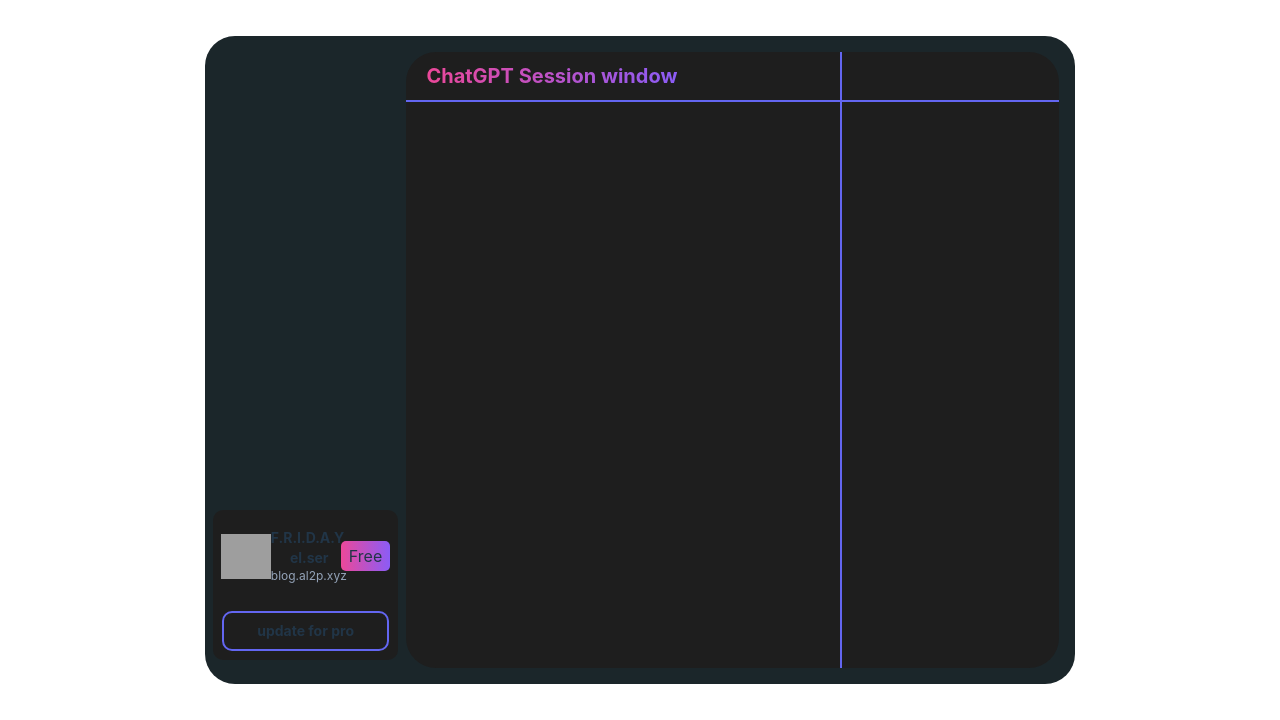
Repository: yezhonghu0503/chatgpt-vue-lac
Page: /
The author's editor kept a copy of each file at every save. The page is drawn from the files as they stood at one save, then again after the next save.
The browser window is 1280 px wide. The pictures show the whole page.
Pictures or frames that could not be fetched are drawn as grey boxes. The project was rebuilt for these pictures with package versions that can differ from the ones it lists, and the page was loaded fresh each time. Also part of the build but not shown: vite.config.ts.

Above is the page before, as saved 2023-05-18 15:57:25.

After the next save:
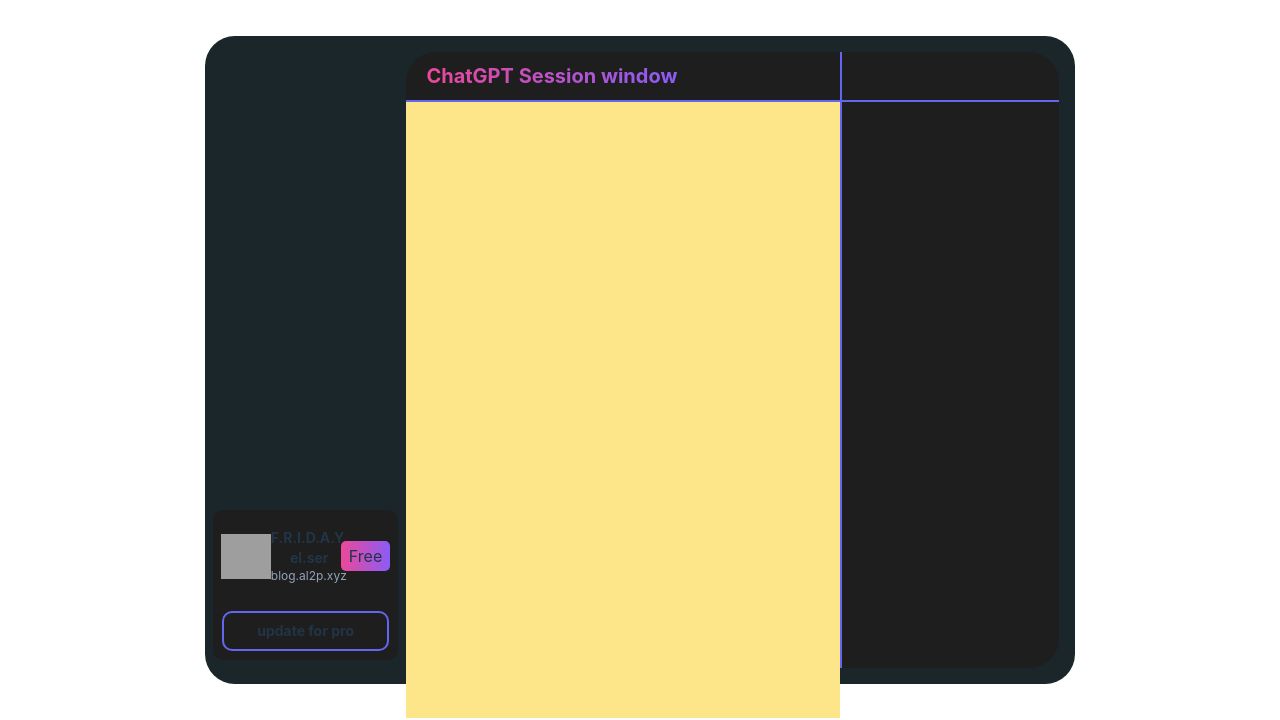
Saved 10 min 24 s later.
--- a/src/components/chat-main/chatMain.vue
+++ b/src/components/chat-main/chatMain.vue
@@ -9,6 +9,7 @@
           >ChatGPT Session window</span
         >
       </div>
+      <div class="w-[100%] h-[100%] bg-amber-200"></div>
     </div>
     <div class="w-[17vw] h-[50px] border-b-2 border-indigo-500"></div>
   </div>

After the save that followed:
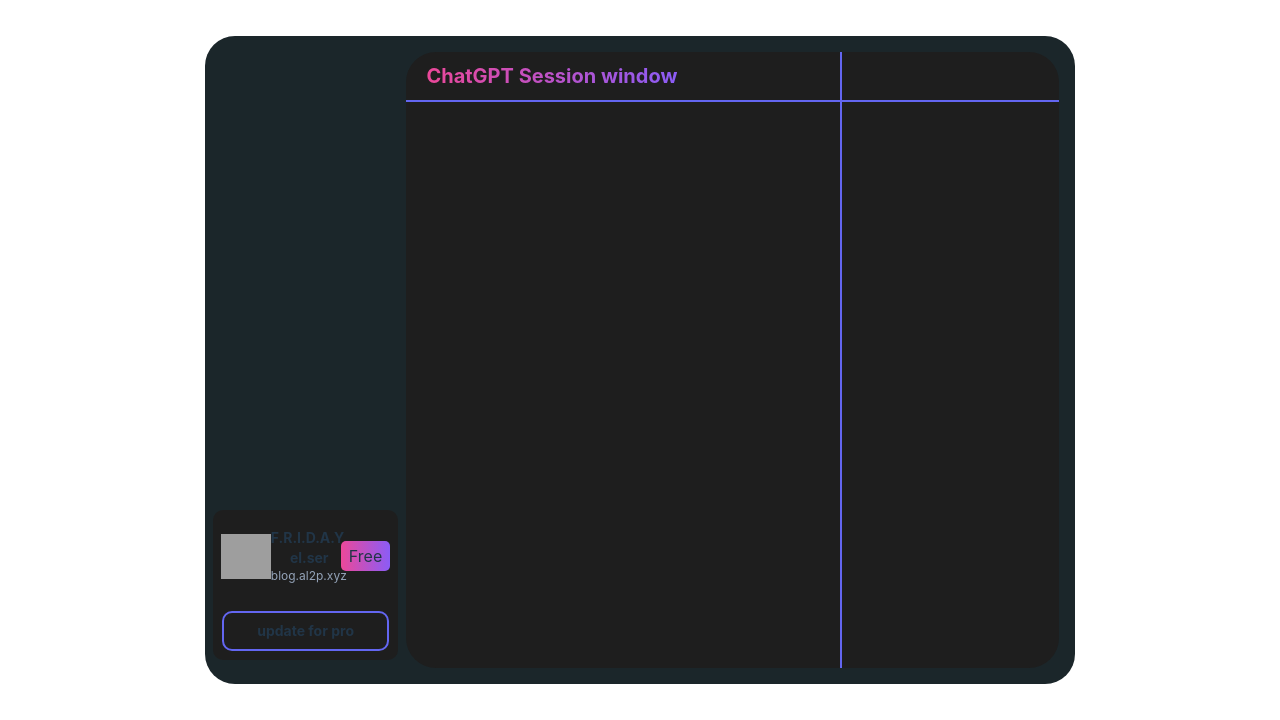
Saved 70 s later.
--- a/src/components/chat-main/chatMain.vue
+++ b/src/components/chat-main/chatMain.vue
@@ -9,7 +9,7 @@
           >ChatGPT Session window</span
         >
       </div>
-      <div class="w-[100%] h-[100%] bg-amber-200"></div>
+      <div class="w-[100%] h-auto bg-amber-200"></div>
     </div>
     <div class="w-[17vw] h-[50px] border-b-2 border-indigo-500"></div>
   </div>
